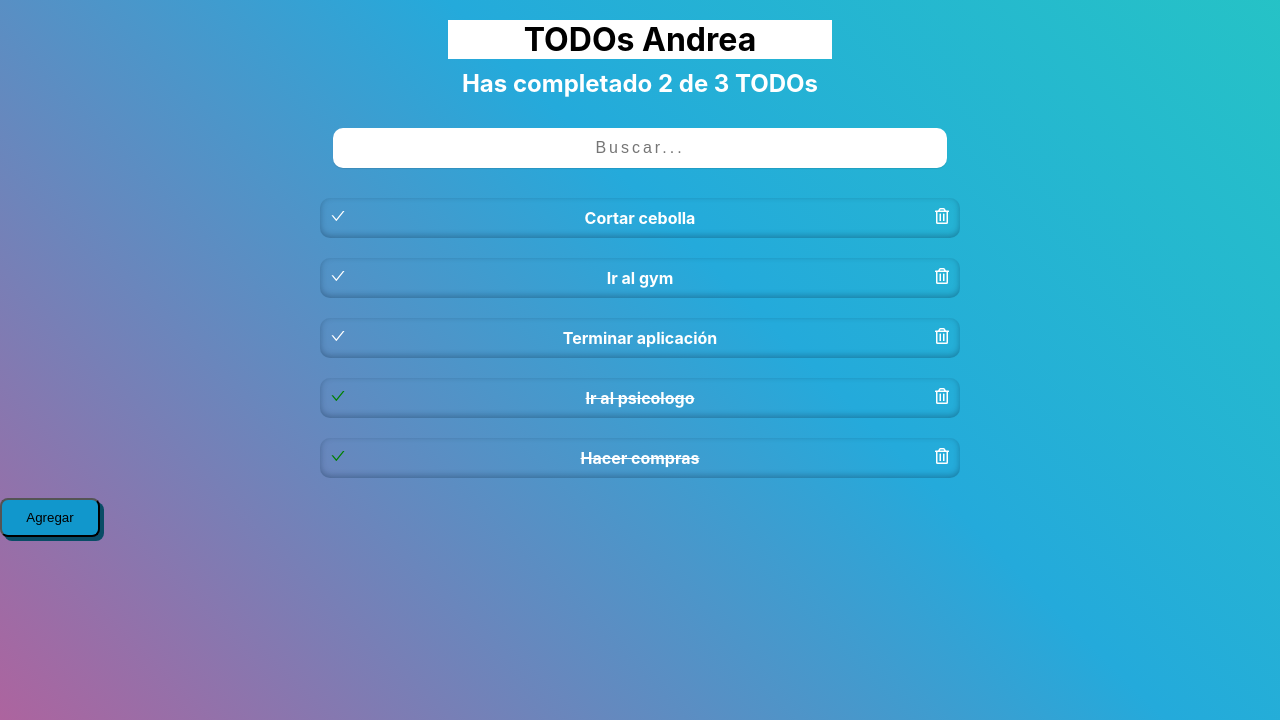
Repository: Pandrea-hub/TODOs
Page: /
These files come from the project's save history. The page is drawn as it stood at one moment and after the next save; the edit follows.
The browser window is 1280 px wide. The pictures show the whole page.
The project was rebuilt for these pictures with package versions that can differ from the ones it lists, and the page was loaded fresh each time. Also part of the build but not shown: src/TodoList.css.

Above is the page before, as saved 2022-06-07 11:19:30.

### src/index.js
import React from 'react';
import ReactDOM from 'react-dom/client';
import './index.css';
import App from './App';


const root = ReactDOM.createRoot(document.getElementById('root'));
root.render(
  <App/>
);

### src/index.css
body {
  margin: 0;
  font-family: -apple-system, BlinkMacSystemFont, 'Segoe UI', 'Roboto', 'Oxygen',
    'Ubuntu', 'Cantarell', 'Fira Sans', 'Droid Sans', 'Helvetica Neue',
    sans-serif;
  -webkit-font-smoothing: antialiased;
  -moz-osx-font-smoothing: grayscale;
}

code {
  font-family: source-code-pro, Menlo, Monaco, Consolas, 'Courier New',
    monospace;
}

#root{
  width: 100%;
  height: 100%;
  position: absolute;
  background: linear-gradient(45deg,#F17C58, #E94584, #24AADB , #27DBB1,#FFDC18, #FF3706);
  background-size: 600% 100%;
  animation: gradient 16s linear infinite;
  animation-direction: alternate;
}

@keyframes gradient {
  0% {background-position: 0%}
  100% {background-position: 100%}
}

### src/App.js
import './App.css';
import React from 'react';
import { TodoCounter } from './TodoCounter';
import { TodoItem } from './TodoItem';
import { CreateTodoButton } from './CreateTodoButton';
import { TodoList } from './TodoList';
import { TodoSearch } from './TodoSearch';


const todos = [
  {text: 'Cortar cebolla',completed: false},
  {text: 'Ir al gym',completed: false},
  {text: 'Terminar aplicación',completed: false},
  {text: 'Ir al psicologo', completed:true},
  {text: 'Hacer compras', completed:true},
]


function App() {
  return (
    <React.Fragment>
      <TodoCounter />
      <TodoSearch />


      <TodoList>
        {todos.map(todo =>(
          <TodoItem key={todo.text} text={todo.text} completed={todo.completed}/>
        ))}
      </TodoList>
      <CreateTodoButton />
    </React.Fragment>

  );
}

export default App;

### src/App.css
*{
  margin: 0;
  padding: 0;
  box-sizing: border-box;
}

.App {
  text-align: center;
}


.App-logo {
  height: 40vmin;
  pointer-events: none;
}

@media (prefers-reduced-motion: no-preference) {
  .App-logo {
    animation: App-logo-spin infinite 20s linear;
  }
}

.App-header {
  background-color: #282c34;
  min-height: 100vh;
  display: flex;
  flex-direction: column;
  align-items: center;
  justify-content: center;
  font-size: calc(10px + 2vmin);
  color: white;
}

.App-link {
  color: #61dafb;
}

@keyframes App-logo-spin {
  from {
    transform: rotate(0deg);
  }
  to {
    transform: rotate(360deg);
  }
}

### src/TodoCounter.js
import React from 'react';
import './TodoCounter.css';

function TodoCounter(){
    return (
        <div className='title'>
            <h1>TODOs Andrea</h1>
            <h2 className='TodoCounter'>Has completado 2 de 3 TODOs</h2>
        </div>
    );
}

export { TodoCounter };

### src/TodoItem.js
import React from 'react';
import './TodoItem.css';
import {AiOutlineCheck} from 'react-icons/ai';
import {FaRegTrashAlt} from 'react-icons/fa';

function TodoItem(props){
    return (
        <li className='TodoItem'>
            <span className={`Icon Icon-check ${props.completed && 'Icon-check--activate' }`}>
                <AiOutlineCheck />
            </span>
            <p className={`TodoItem-p ${props.completed && 'TodoItem-p--complete'}`}>
                {props.text}
            </p>
            <span className='Icon Icon-delete'>
               <FaRegTrashAlt />
            </span>
        </li>
    );

}

export {TodoItem};

### src/CreateTodoButton.js
import React from 'react';
import {IoMdAddCircleOutline} from 'react-icons/io';
import './CreateTodoButton.css';


function CreateTodoButton(){
    return(
        <button>
            Agregar
        </button>
    );
}

export {CreateTodoButton};

### src/TodoList.js
import React from "react";
import './TodoList.css';

function TodoList(props){
    return(
        <section>
            <ul>
                {props.children}
            </ul>
        </section>

    );
}


export {TodoList};

### src/TodoSearch.js
import React from 'react';
import './TodoSearch.css';

function TodoSearch(){
    return(
        <input placeholder="Buscar..." />
    );
}

export { TodoSearch};

### src/TodoCounter.css
.title{
    text-align: center;
    color:white;
    margin: 20px auto;
}

.title h1{
    color:black;
    background-color:white;
    width: 30%;
    margin: 10px auto;
}

@media screen and (max-width:800px) {
    .title h1{
        width: 50%;
    }
}

### src/TodoItem.css
li{
    display: flex;
    padding: 10px;
    width: 50%;
    color:white;
    font-weight: bold;
    justify-content: space-between;
    border-radius: 10px;
    box-shadow: rgba(50, 50, 93, 0.25) 0px 50px 100px -20px, rgba(0, 0, 0, 0.3) 0px 30px 60px -30px, rgba(10, 37, 64, 0.35) 0px -2px 6px 0px inset;
    margin: 20px auto;
}

.Icon-check--activate{
    color:green;
}

.TodoItem-p--complete{
    text-decoration:line-through;
}

.Icon-delete:hover{
    color:purple;
}

### src/CreateTodoButton.css
button{
    background-color: #1197cc;
    box-shadow: #094c66 4px 4px 0;
    border-radius: 8px;
    transition: transform 200ms,box-shadow 200ms;
    cursor: pointer;
    padding: 10px;
    width: 100px;
    margin: 0 auto;
}

button:active {
    transform: translateY(4px) translateX(4px);
    box-shadow: #094c66 0px 0px 0px;
}

### src/TodoSearch.css
input {
    outline: none;
    width: 80%;
    height: 40px;
    margin: 10px 10%;
    text-align: center;
    letter-spacing: 3px;
    font-size: 16px;
    border:none;
    border-radius: 10px;
    box-shadow: 0 1px 1px 0 rgb(0 0 0 / 10%);
   max-width: 614px;
}

@media screen and (min-width:768px) {
    input{
        margin: 10px calc(50% - 307px);
    }
}

Loaded but not shown: public/index.html (common file)

After the next save:
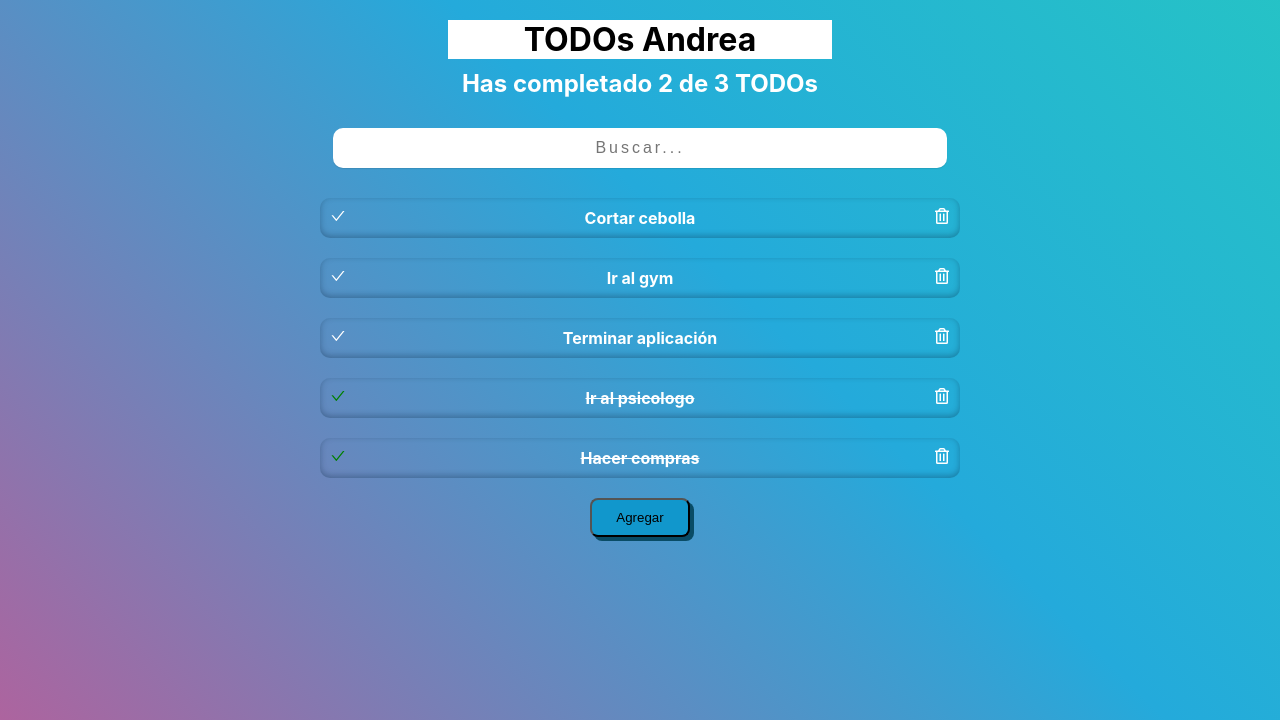
Saved 11 s later.
--- a/src/CreateTodoButton.css
+++ b/src/CreateTodoButton.css
@@ -6,7 +6,7 @@ button{
     cursor: pointer;
     padding: 10px;
     width: 100px;
-    margin: 0 auto;
+    margin: 0 calc(50% - 50px);
 }
 
 button:active {
